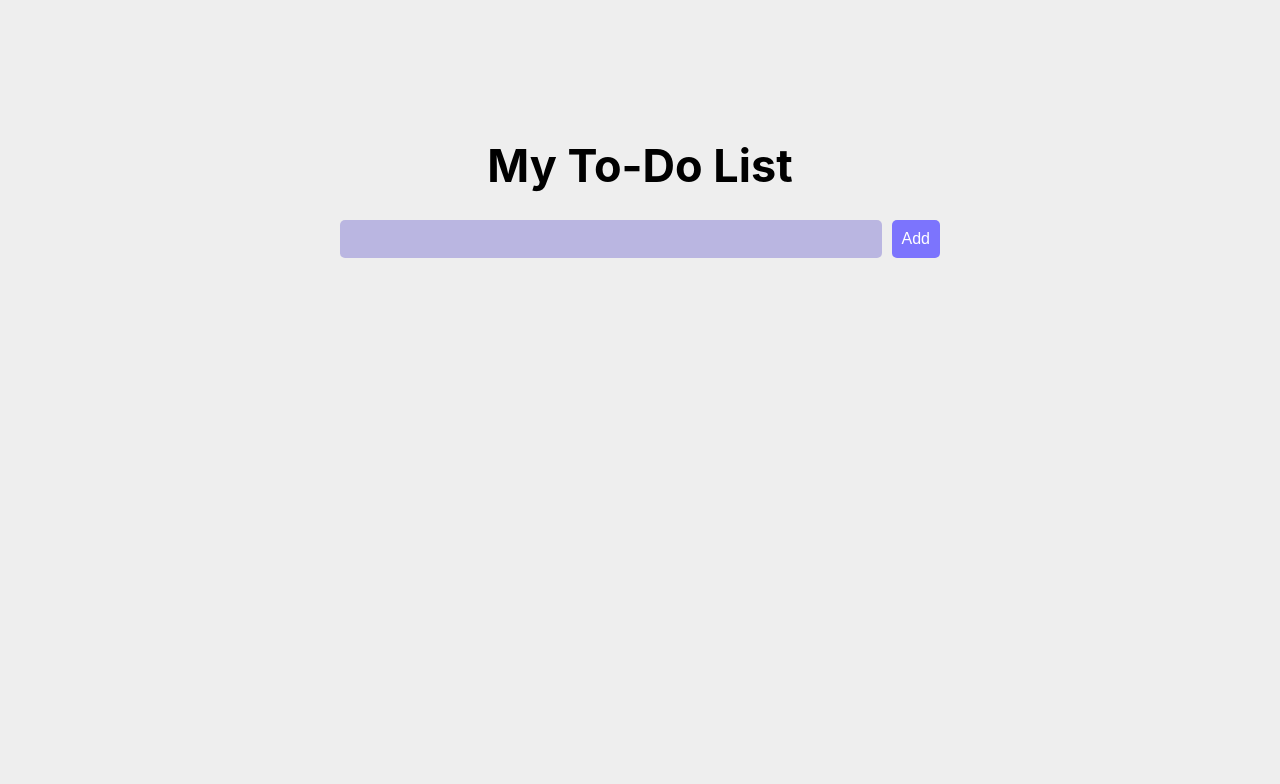
Repository: bianphang/todo-list_vanilla-js
Page: index.html
An editor plug-in stored every save of this project. The page is shown before and after the next save, followed by the edit.
The browser window is 1280 px wide. The pictures show the whole page.

Above is the page before, as saved 2024-06-10 15:08:27.

After the next save:
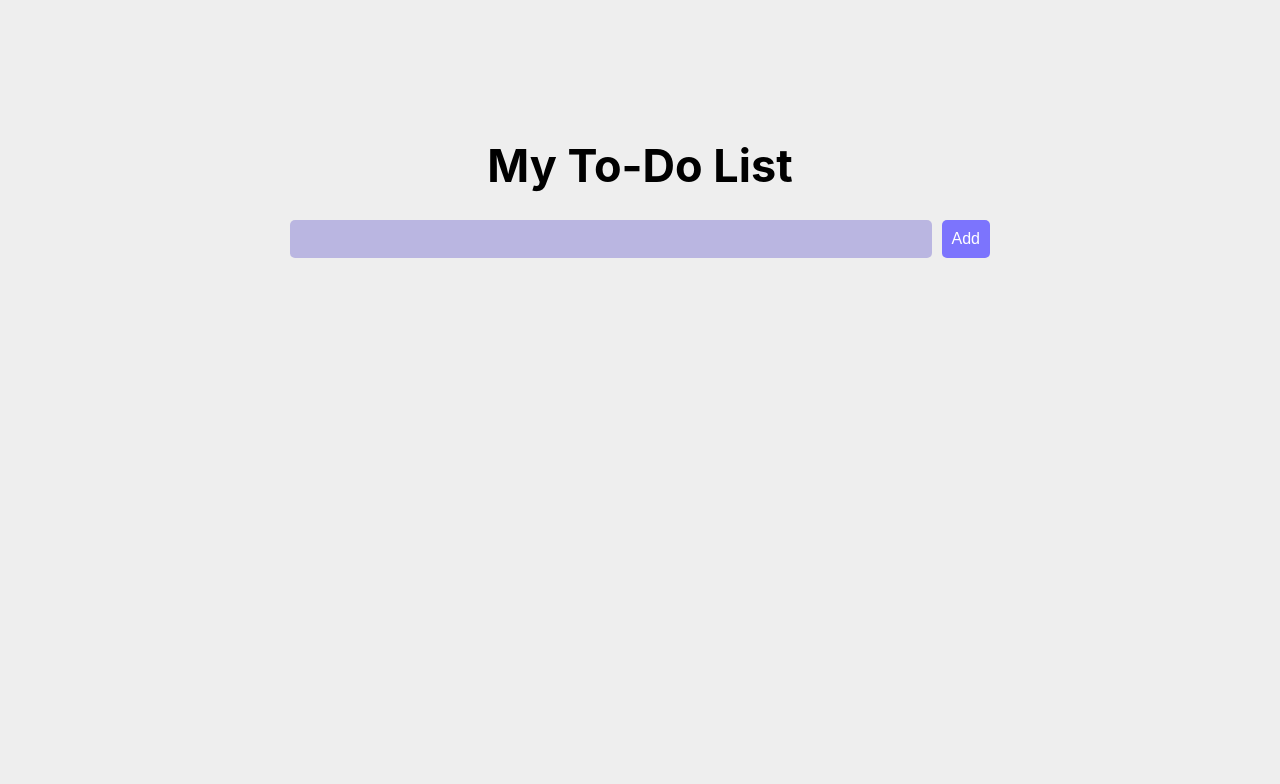
Saved 32 s later.
--- a/styles.css
+++ b/styles.css
@@ -14,7 +14,7 @@ body {
 }
 
 .container {
-  max-width: 600px;
+  max-width: 700px;
   padding: 20px;
   position: relative;
   top: 50px;
